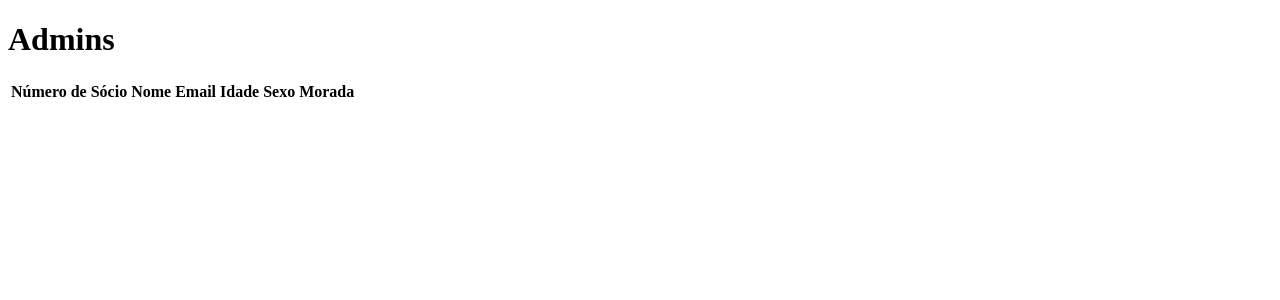
Repository: tiagoaalves/osFregueses
Page: views/admins.html
The author's editor kept a record of every edit. The page is drawn from the files as they stood at one moment, then again after the next edit.
The browser window is 1280 px wide. The pictures show the whole page.

Above is the page before.

### views/admins.html
<!DOCTYPE html>
<head>
    <script src="https://code.jquery.com/jquery-3.3.1.slim.min.js" integrity="sha384-q8i/X+965DzO0rT7abK41JStQIAqVgRVzpbzo5smXKp4YfRvH+8abtTE1Pi6jizo" crossorigin="anonymous"></script>
</head
    <body>
        <div>
        <h1>
            Admins
        </h1>
        <table class="table table-striped" id="users-table">
    <thead>
        <tr>
            <th scope="col">Número de Sócio</th>
            <th scope="col">Nome</th>
            <th scope="col">Email</th>
            <th scope="col">Idade</th>
            <th scope="col">Sexo</th>
            <th scope="col">Morada</th>
        </tr>
    </thead>
    <tbody></tbody>
</table>
    </body>
    </html>

### public/javascripts/admins/admins.js
/*function clearUserForm() {
  $('#user-form')[0].reset();
}*/

function listAdmins() {
    fetch('/api/admins/admins')
    .then(function(resp) {
        return resp.json();
    })
    .then(function(data) {
      var table = $('#users-table').find('tbody')[0];
      table.innerHTML = "";
      $.each(data.response, function(index, value) {
          var newRow = table.insertRow(table.rows.length);
          //newRow.insertCell(0).appendChild(document.createTextNode(value.imagem));
          newRow.insertCell(0).appendChild(document.createTextNode(value.id_utilizador));
          newRow.insertCell(1).appendChild(document.createTextNode(value.nome));
          newRow.insertCell(2).appendChild(document.createTextNode(value.email));
          newRow.insertCell(3).appendChild(document.createTextNode(value.idade));
          newRow.insertCell(4).appendChild(document.createTextNode(value.sexo));
          newRow.insertCell(5).appendChild(document.createTextNode(value.morada));
      });
    });
  }

  function showModal(){
  swal({
  title: "Registar Administrador",
  html:
    '<form id="formNewUser" name="formNewUser" action="">'+
    '<input id="swal-input1" class="swal2-input" placeholder="Número de Sócio" type="number" onfocus="validator1()">'+
    '<div id="socio"></div>'+
    '<input id="swal-input2" class="swal2-input" placeholder="Nome" onfocus="validatorNome()">'+
    '<div id="nome"></div>'+
    '<input id="swal-input9" class="swal2-input" placeholder="Email" onfocus="validatorEmail()">'+
    '<div id="emailovski"></div>'+
    '<input id="swal-input3" class="swal2-input" placeholder="Idade" type="number" onfocus="validatorIdade()">'+
    '<div id="idadediv"></div>'+
    '<select id="swal-input5" class="swal2-input"><option value="" disabled selected>Sexo</option> <option value="Masculino">Masculino</option> <option value="Feminino">Feminino</option></select>'+
    '<input id="swal-input4" class="swal2-input" placeholder="Morada" type="text" onfocus="validatorMorada()">'+
    '<div id="morada"></div>'+
    '<input id="swal-input7" class="swal2-input" placeholder="Password" type="password" onfocus="validatorPassword()">'+
    '<div id="passworddiv"></div>'+
    '<input id="swal-input8" class="swal2-input" placeholder="Repita a Password" type="password" onfocus="validatorConfirmPassword()">'+
    '<div id="confirmPassworddiv"></div>'+
    '</form>',
    //'<form id="formNewUser" name="formNewUser" action=""><input id="swal-input1" class="swal2-input" placeholder="Número de Sócio" type="number" data-rule="required"><input id="swal-input2" class="swal2-input" placeholder="Nome" data-rule="required|name"><input id="swal-input9" class="swal2-input" placeholder="Email" type="email" data-rule="required|email"><input id="swal-input3" class="swal2-input" placeholder="Idade" type="number" data-rule="required"><select id="swal-input5" class="swal2-input"><option value="" disabled selected>Sexo</option> <option value="Masculino">Masculino</option> <option value="Feminino">Feminino</option></select><input id="swal-input4" class="swal2-input" placeholder="Morada" type="text" data-rule="required"><input id="swal-input7" class="swal2-input" placeholder="Password" type="password" data-rule="required|minlength-6"><input id="swal-input8" class="swal2-input" placeholder="Repita a Password" type="password" data-rule="required|password"></form>',
  showCancelButton: true,
  confirmButtonText: "Inscrever",
  cancelButtonText: "Cancelar",
  showLoaderOnConfirm: true,
  allowOutsideClick: false,
  preConfirm: () => {
    send();
    //saveUser();

  }

  });
  }

  function showUser(user){
    fetch(`/api/admins/user/${user}`).then(function(resp){
      return resp.json();
    }).then(function(data){
      updateUser1();
      document.getElementById("swal-input1").value = data.response.id_utilizador;
      document.getElementById("swal-input2").value = data.response.nome;
      document.getElementById("swal-input9").value = data.response.email;
      document.getElementById("swal-input3").value = data.response.idade;
      document.getElementById("swal-input5").value = data.response.sexo;
      document.getElementById("swal-input4").value = data.response.morada;
    });

  }

  function updateUser1(data){

  swal({
  title: "Alterar Administrador",
  html:
    '<form id="formNewUser" name="formNewUser" action="" onfocus="deleteUser()">'+
    `<input id="swal-input1" class="swal2-input" placeholder="Número de Sócio" type="number" onfocus="validator1()">`+
    '<div id="socio"></div>'+
    '<input id="swal-input2" class="swal2-input" placeholder="Nome" onfocus="validatorNome()">'+
    '<div id="nome"></div>'+
    '<input id="swal-input9" class="swal2-input" placeholder="Email" onfocus="validatorEmail()">'+
    '<div id="emailovski"></div>'+
    '<input id="swal-input3" class="swal2-input" placeholder="Idade" type="number" onfocus="validatorIdade()">'+
    '<div id="idadediv"></div>'+
    '<select id="swal-input5" class="swal2-input"><option value="" disabled selected>Sexo</option> <option value="Masculino">Masculino</option> <option value="Feminino">Feminino</option></select>'+
    '<input id="swal-input4" class="swal2-input" placeholder="Morada" type="text" onfocus="validatorMorada()">'+
    '<div id="morada"></div>'+
    '<input id="swal-input7" class="swal2-input" placeholder="Password" type="password" onfocus="validatorPassword()">'+
    '<div id="passworddiv"></div>'+
    '<input id="swal-input8" class="swal2-input" placeholder="Repita a Password" type="password" onfocus="validatorConfirmPassword()">'+
    '<div id="confirmPassworddiv"></div>'+
    '</form>',
    //'<form id="formNewUser" name="formNewUser" action=""><input id="swal-input1" class="swal2-input" placeholder="Número de Sócio" type="number" data-rule="required"><input id="swal-input2" class="swal2-input" placeholder="Nome" data-rule="required|name"><input id="swal-input9" class="swal2-input" placeholder="Email" type="email" data-rule="required|email"><input id="swal-input3" class="swal2-input" placeholder="Idade" type="number" data-rule="required"><select id="swal-input5" class="swal2-input"><option value="" disabled selected>Sexo</option> <option value="Masculino">Masculino</option> <option value="Feminino">Feminino</option></select><input id="swal-input4" class="swal2-input" placeholder="Morada" type="text" data-rule="required"><input id="swal-input7" class="swal2-input" placeholder="Password" type="password" data-rule="required|minlength-6"><input id="swal-input8" class="swal2-input" placeholder="Repita a Password" type="password" data-rule="required|password"></form>',
  showCancelButton: true,
  showConfirmButton: true,
  confirmButtonText: 'Alterar Dados',
  cancelButtonText: "Cancelar",
  showLoaderOnConfirm: true,
  allowOutsideClick: true,
  preConfirm: () => {
    updateUser2();
  }

  });
  }

  function deleteUser(user, nome){
    swal({
      title: 'Aviso!',
      type: 'warning',
      text: `Está prestes a apagar o utilizador ${nome}! Tem a certeza?`,
      confirmButtonText: 'Eliminar',
      showCancelButton: true,
      preConfirm: () => {
        console.log(user);
        deleteUser2(user);
      }
    });
  }

  function deleteUser2(user){
    fetch(`/api/admins/user/${user}`, {
    method: 'delete',
    }).then(function (response) {
    if (!response.ok) {
    console.log(response.status); //=> number 100–599
    console.log(response.statusText); //=> String
    console.log(response.headers); //=> Headers
    console.log(response.url); //=> String
    swal({title: 'Ocorreu em erro!', type:"error"});
    } else { //limpeza dos dados do form
    swal({title: "Administrador eliminado com sucesso!", type:"success"});
    listAdmins();
    }
    }).then(function (result) {console.log(result);
    }).catch(function (err) {alert("Submission error"); console.error(err);
    });
  }

  function updateUser2(){
    validator1();
    validatorConfirmPassword();
    validatorEmail();
    validatorIdade();
    validatorNome();
    validatorPassword();
    validatorMorada();
    var socio = document.getElementById("socio").innerHTML;
    var nome = document.getElementById("nome").innerHTML;
    var email = document.getElementById("emailovski").innerHTML;
    var idade = document.getElementById("idadediv").innerHTML;
    var morada = document.getElementById("morada").innerHTML;
    var password = document.getElementById("passworddiv").innerHTML;
    var confirmPassword = document.getElementById("confirmPassworddiv").innerHTML;
    if(socio == nome){
      if(nome == email){
        if(email == idade){
          if(idade == morada){
            if(morada == password){
              if(password == confirmPassword){
                if(confirmPassword == ""){
                  updateUser3(document.getElementById("swal-input1").value);
                }else{
                  alert("Erros no preenchimento do formulário!");
                }
              }else{
                alert("Erros no preenchimento do formulário!");
              }
          }else{
            alert("Erros no preenchimento do formulário!");
          }
        }else{
          alert("Erros no preenchimento do formulário!");
        }
      }else{
        alert("Erros no preenchimento do formulário!");
      }
    }else{
      alert("Erros no preenchimento do formulário!");
    }
  }else{
    alert("Erros no preenchimento do formulário!");
  }
  }



  function send(){
    validator1();
    validatorConfirmPassword();
    validatorEmail();
    validatorIdade();
    validatorNome();
    validatorPassword();
    validatorMorada();
    var socio = document.getElementById("socio").innerHTML;
    var nome = document.getElementById("nome").innerHTML;
    var email = document.getElementById("emailovski").innerHTML;
    var idade = document.getElementById("idadediv").innerHTML;
    var morada = document.getElementById("morada").innerHTML;
    var password = document.getElementById("passworddiv").innerHTML;
    var confirmPassword = document.getElementById("confirmPassworddiv").innerHTML;
    //var key = {socio, nome, email, idade, morada, password, confirmPassword};
    //console.log(key);
    if(socio == nome){
      if(nome == email){
        if(email == idade){
          if(idade == morada){
            if(morada == password){
              if(password == confirmPassword){
                if(confirmPassword == ""){
                  saveUser();
                }else{
                  alert("Erros no preenchimento do formulário!");
                }
              }else{
                  alert("Erros no preenchimento do formulário!");
                }
          }else{
                  alert("Erros no preenchimento do formulário!");
                }
        }else{
                  alert("Erros no preenchimento do formulário!");
                }
      }else{
                  alert("Erros no preenchimento do formulário!");
                }
    }else{
                  alert("Erros no preenchimento do formulário!");
                }
  }else{
                  alert("Erros no preenchimento do formulário!");
                }
  }

  function validator1(){
    if(document.getElementById("swal-input1").value.length<1){
      document.getElementById("socio").innerHTML = '<h6>Este campo é obrigatório</h6>';
    }
    document.getElementById("swal-input1").onkeyup = function see(){
    if(document.getElementById("swal-input1").value.length==0){
      document.getElementById("socio").innerHTML = '<h6>Este campo é obrigatório</h6>';
    }
    else{
      document.getElementById("socio").innerHTML = "";
    }
  };
  }

  function validatorNome(){
    if(document.getElementById("swal-input2").value.length<1){
      document.getElementById("nome").innerHTML = '<h6>Este campo é obrigatório</h6>';
    }
    document.getElementById("swal-input2").onkeyup = function see(){
    if(document.getElementById("swal-input2").value.length==0){
      document.getElementById("nome").innerHTML = '<h6>Este campo é obrigatório</h6>';
    }
    else{
      document.getElementById("nome").innerHTML = "";
    }
  };
  }

  function validatorEmail(){
    if(document.getElementById("swal-input9").value.length<1){
      document.getElementById("emailovski").innerHTML = '<h6>Este campo é obrigatório</h6>';
    }
    document.getElementById("swal-input9").onkeyup = function see(){
    if(document.getElementById("swal-input9").value.length==0){
      document.getElementById("emailovski").innerHTML = '<h6>Este campo é obrigatório</h6>';
    }
    else{
      document.getElementById("emailovski").innerHTML = "";
    }
  };
  }

  function validatorIdade(){
    if(document.getElementById("swal-input3").value.length<1){
      document.getElementById("idadediv").innerHTML = '<h6>Este campo é obrigatório</h6>';
    }
    document.getElementById("swal-input3").onkeyup = function see(){
    if(document.getElementById("swal-input3").value.length==0){
      document.getElementById("idadediv").innerHTML = '<h6>Este campo é obrigatório</h6>';
    }
    else{
      document.getElementById("idadediv").innerHTML = "";
    }
  };
  }

  function validatorMorada(){
    if(document.getElementById("swal-input4").value.length<1){
      document.getElementById("morada").innerHTML = '<h6>Este campo é obrigatório</h6>';
    }
    document.getElementById("swal-input4").onkeyup = function see(){
    if(document.getElementById("swal-input4").value.length==0){
      document.getElementById("morada").innerHTML = '<h6>Este campo é obrigatório</h6>';
    }
    else{
      document.getElementById("morada").innerHTML = "";
    }
  };
  }

  function validatorPassword(){
    if(document.getElementById("swal-input7").value.length==0){
      document.getElementById("passworddiv").innerHTML = '<h6>Este campo é obrigatório</h6>';
    }
    document.getElementById("swal-input7").onkeyup = function see(){
    if(document.getElementById("swal-input7").value.length==0){
      document.getElementById("passworddiv").innerHTML = '<h6>Este campo é obrigatório</h6>';
    }
    else if(document.getElementById("swal-input7").value.length < 6 && document.getElementById("swal-input7").value.length >= 1){
      document.getElementById("passworddiv").innerHTML = '<h6>A password tem que conter 6 caracteres no mínimo!</h6>';
    }
    else{
      document.getElementById("passworddiv").innerHTML = "";
    }
    if(document.getElementById("swal-input7").value == document.getElementById("swal-input8").value){
      document.getElementById("confirmPassworddiv").innerHTML = "";
    }
    else{
      document.getElementById("confirmPassworddiv").innerHTML = '<h6>As passwords têm que coincidir!</h6>';
    }
  };
  }

  function validatorConfirmPassword(){
    if(document.getElementById("swal-input8").value.length<1){
      document.getElementById("confirmPassworddiv").innerHTML = '<h6>Este campo é obrigatório</h6>';
    }
    document.getElementById("swal-input8").onkeyup = function see2(){
    if(document.getElementById("swal-input8").value.length==0){
      document.getElementById("confirmPassworddiv").innerHTML = '<h6>Este campo é obrigatório</h6>';
    }
    else if(document.getElementById("swal-input7").value !== document.getElementById("swal-input8").value){
      document.getElementById("confirmPassworddiv").innerHTML = '<h6>As passwords têm que coincidir!</h6>';
    }
    else{
      document.getElementById("confirmPassworddiv").innerHTML = "";
    }
  };
  }

  function onLoad(){
      listAdmins();
      teste();
      var userId = '';
      $( '#users-table' ).delegate('tr td:nth-child(-n+6)', 'click', function() {
        if($(this).closest('table').find('thead tr th')[$(this).index()].outerText == 'Número de Sócio'){
          userId = $(this).text();
        }else{
        userId = $(this).siblings()[0].innerHTML;
        }
        showUser(userId);
      });
      $( '#users-table' ).delegate('tr:nth-child(n+1)', 'mouseenter', function() {
        if(($(this)[0].cells.length)==6){
        var x = $( this )[0].insertCell();
        x.innerHTML='<img src="/img/eliminar.png" height="25" width="25">';
        }
      });
      $( '#users-table' ).delegate('tr', 'mouseleave', function() {
        //if(($(this)[0].cells.length)==7){
        $( this )[0].deleteCell(6);
        //}
      });

      $( '#users-table' ).delegate('tr td:nth-child(7)', 'click', function() {
        deleteUser($(this).siblings()[0].innerHTML, $(this).siblings()[1].innerHTML);
      });
  }

  function saveUser() {
    console.log("chegou saveUser");
    console.log(document.getElementById("swal-input1").value);
    let url = "/api/admins/admins";
    var data = {};
    data.id_utilizador = document.getElementById("swal-input1").value,
    data.nome = document.getElementById("swal-input2").value,
    data.idade = document.getElementById("swal-input3").value,
    data.sexo = document.getElementById("swal-input5").value,
    data.morada = document.getElementById("swal-input4").value,
    data.password = document.getElementById("swal-input7").value,
    data.email = document.getElementById("swal-input9").value,
    data.cargo = 'Administrador';
    console.log(data); //debugging para ver os dados que foram enviados
    //chamada fetch para envio dos dados para o servior via POST
    fetch(url, {
      //headers: {"Content-Type": "application/x-www-form-urlencoded"},
      headers: {'Content-Type': 'application/json'},
      method: 'POST',
      body: JSON.stringify(data)
    }).then(function (response) {
    if (!response.ok) {
    console.log(response.status); //=> number 100–599
    console.log(response.statusText); //=> String
    console.log(response.headers); //=> Headers
    console.log(response.url); //=> String
    if (response.status === 409) {
      swal({title:"Conflito de dados de entrada!", type: "error"});
    } else {
    swal({title: 'Ocorreu em erro!', type:"error"});
    }
    } else { //limpeza dos dados do form
    swal({title: "Administrador registado com sucesso!", type:"success"});
    listAdmins();
    }
    }).then(function (result) {console.log(result);
    }).catch(function (err) {alert("Submission error"); console.error(err);
    });
    }

    function updateUser3(user) {
    console.log("chegou updateUser");
    let url = `/api/admins/user/${user}`;
    var data = {};
    data.id_utilizador = document.getElementById("swal-input1").value,
    data.nome = document.getElementById("swal-input2").value,
    data.idade = document.getElementById("swal-input3").value,
    data.sexo = document.getElementById("swal-input5").value,
    data.morada = document.getElementById("swal-input4").value,
    data.password = document.getElementById("swal-input7").value,
    data.email = document.getElementById("swal-input9").value,
    data.cargo = 'Administrador';
    console.log(data); //debugging para ver os dados que foram enviados
    //chamada fetch para envio dos dados para o servior via POST
    fetch(url, {
      //headers: {"Content-Type": "application/x-www-form-urlencoded"},
      headers: {'Content-Type': 'application/json'},
      method: 'PUT',
      body: JSON.stringify(data)
    }).then(function (response) {
    if (!response.ok) {
    console.log(response.status); //=> number 100–599
    console.log(response.statusText); //=> String
    console.log(response.headers); //=> Headers
    console.log(response.url); //=> String
    if (response.status === 409) {
      swal({title:"Conflito de dados de entrada!", type: "error"});
    } else {
    swal({title: 'Ocorreu em erro!', type:"error"});
    }
    } else { //limpeza dos dados do form
    swal({title: "Administrador alterado com sucesso!", type:"success"});
    listAdmins();
    }
    }).then(function (result) {console.log(result);
    }).catch(function (err) {alert("Submission error"); console.error(err);
    });
    }

    function teste(){
      console.log('olho teste');
      fetch(`/userDetails`, {
      method: 'get',
    }).then(function (response){
      if (!response.ok) {
        console.log(response);
        console.log(response.status); //=> number 100–599
        console.log(response.statusText); //=> String
        console.log(response.headers); //=> Headers
        console.log(response.url); //=> String
      }else{
        return response.json();
      }
    }).then(function(json){
      console.log(json);
    });
    }



  /*if (selectUser) {
    url = url + selectUser;
    method = 'put';
  }else{
    userData['username'] = $("#username").val()
  }*/

After the next edit:
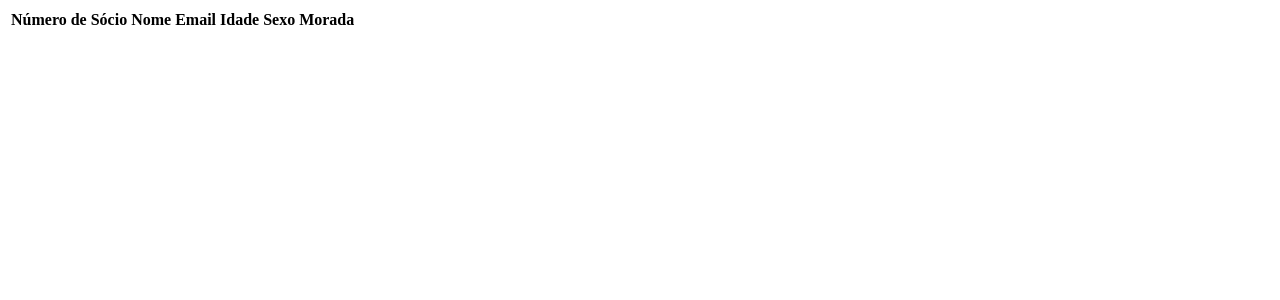
The edit:
--- a/views/admins.html
+++ b/views/admins.html
@@ -3,10 +3,7 @@
     <script src="https://code.jquery.com/jquery-3.3.1.slim.min.js" integrity="sha384-q8i/X+965DzO0rT7abK41JStQIAqVgRVzpbzo5smXKp4YfRvH+8abtTE1Pi6jizo" crossorigin="anonymous"></script>
 </head
     <body>
-        <div>
-        <h1>
-            Admins
-        </h1>
+    <script src="../javascripts/admins.js"></script>
         <table class="table table-striped" id="users-table">
     <thead>
         <tr>
